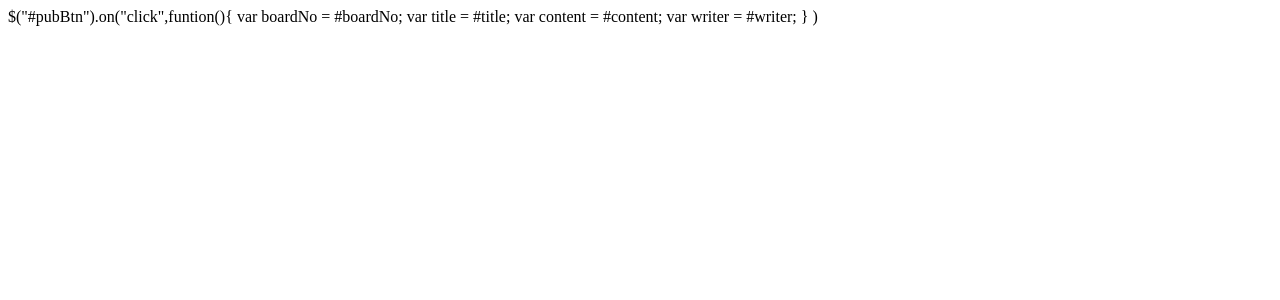
Repository: ljwoon94/Springboot_practice
Page: http://localhost/DevProject/WEB-INF/views/ajaxHome.jsp
An editor plug-in stored every save of this project. The page is shown before and after the next save, followed by the edit.
The browser window is 1280 px wide. The pictures show the whole page.
The page is served by Tomcat 9. Nobody is signed in. Other server files are loaded and not shown. The template is opened directly, without the code that normally fills it, so the values that code supplies are empty.

Above is the page before, as saved 2020-12-09 07:55:17.

### DevProject/src/main/webapp/WEB-INF/views/ajaxHome.jsp
$("#pubBtn").on("click",funtion(){
	var boardNo = ${"#boardNo"};
	var title = ${"#title"};
	var content = ${"#content"};
	var writer = ${"#writer"};
}

)

After the next save:
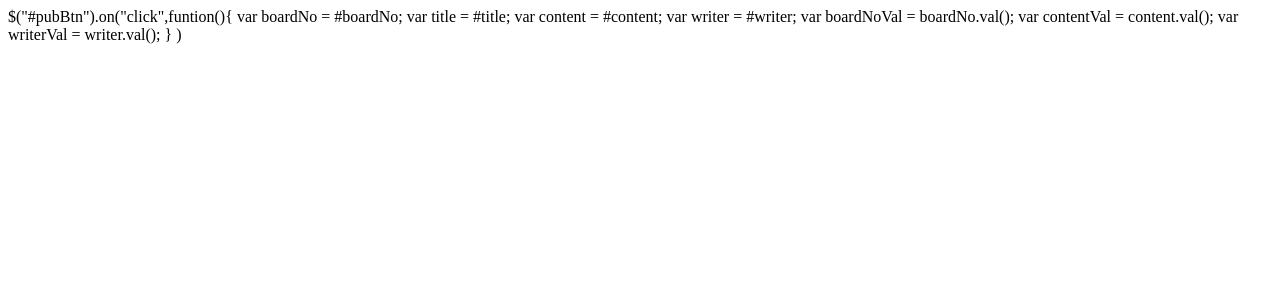
Saved 109 s later.
--- a/DevProject/src/main/webapp/WEB-INF/views/ajaxHome.jsp
+++ b/DevProject/src/main/webapp/WEB-INF/views/ajaxHome.jsp
@@ -3,6 +3,12 @@ $("#pubBtn").on("click",funtion(){
 	var title = ${"#title"};
 	var content = ${"#content"};
 	var writer = ${"#writer"};
+
+	var boardNoVal = boardNo.val();
+	var contentVal = content.val();
+	var writerVal = writer.val();
+
+
 }
 
 )
